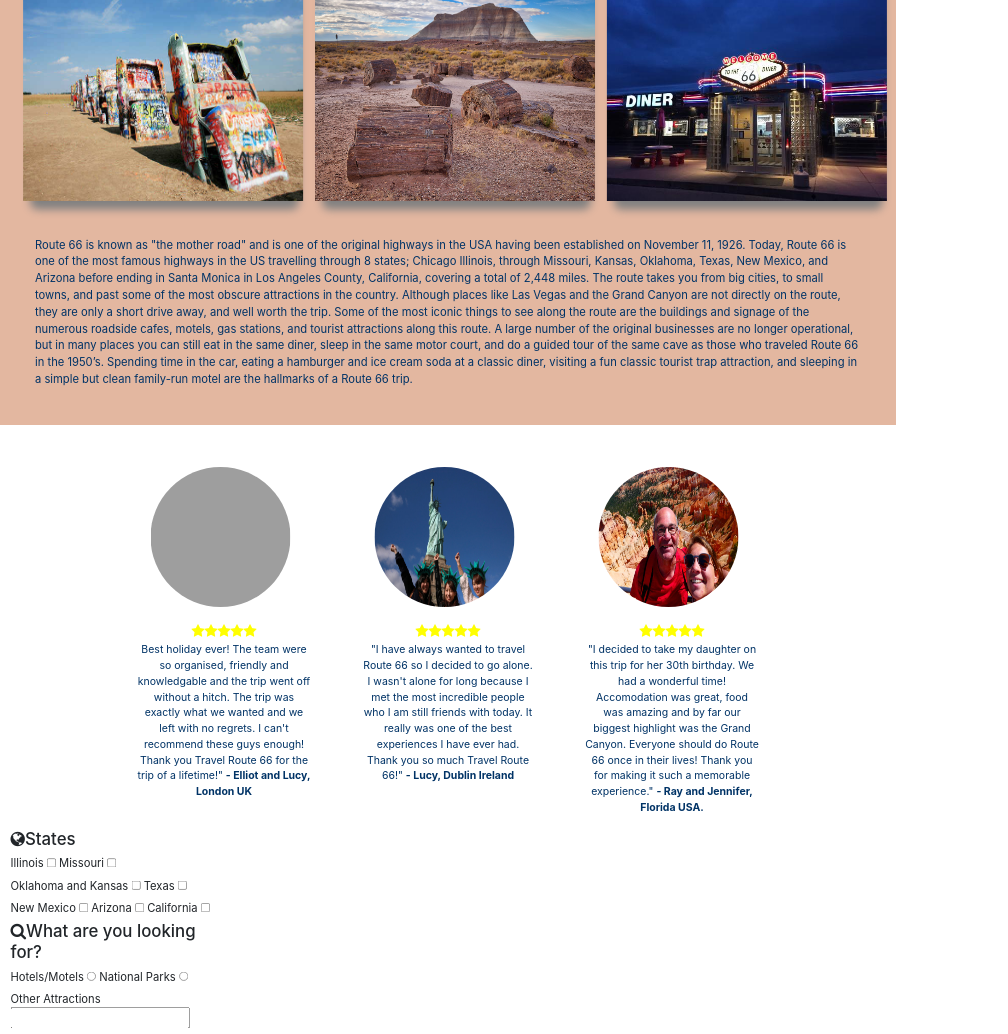
Repository: Code-Institute-Submissions/Javascript-milestone-project-2
Page: index.html
The author's editor kept a record of every edit. The page is drawn from the files as they stood at one moment, then again after the next edit.
The browser window is 1280 px wide. The page is 1440 px wide, so the pictures cover 1440 px, including what lies to the right of the window. The pictures show the part of the page from y = 943 to 2663 px (the page is 2420 px tall before and 2663 px after), at 70% of full size.
Pictures or frames that could not be fetched are drawn as grey boxes. Some web fonts or font styles are not loaded; a fallback is used. Some web libraries are served in a nearby version.

Above is the page before.

After the next edit:
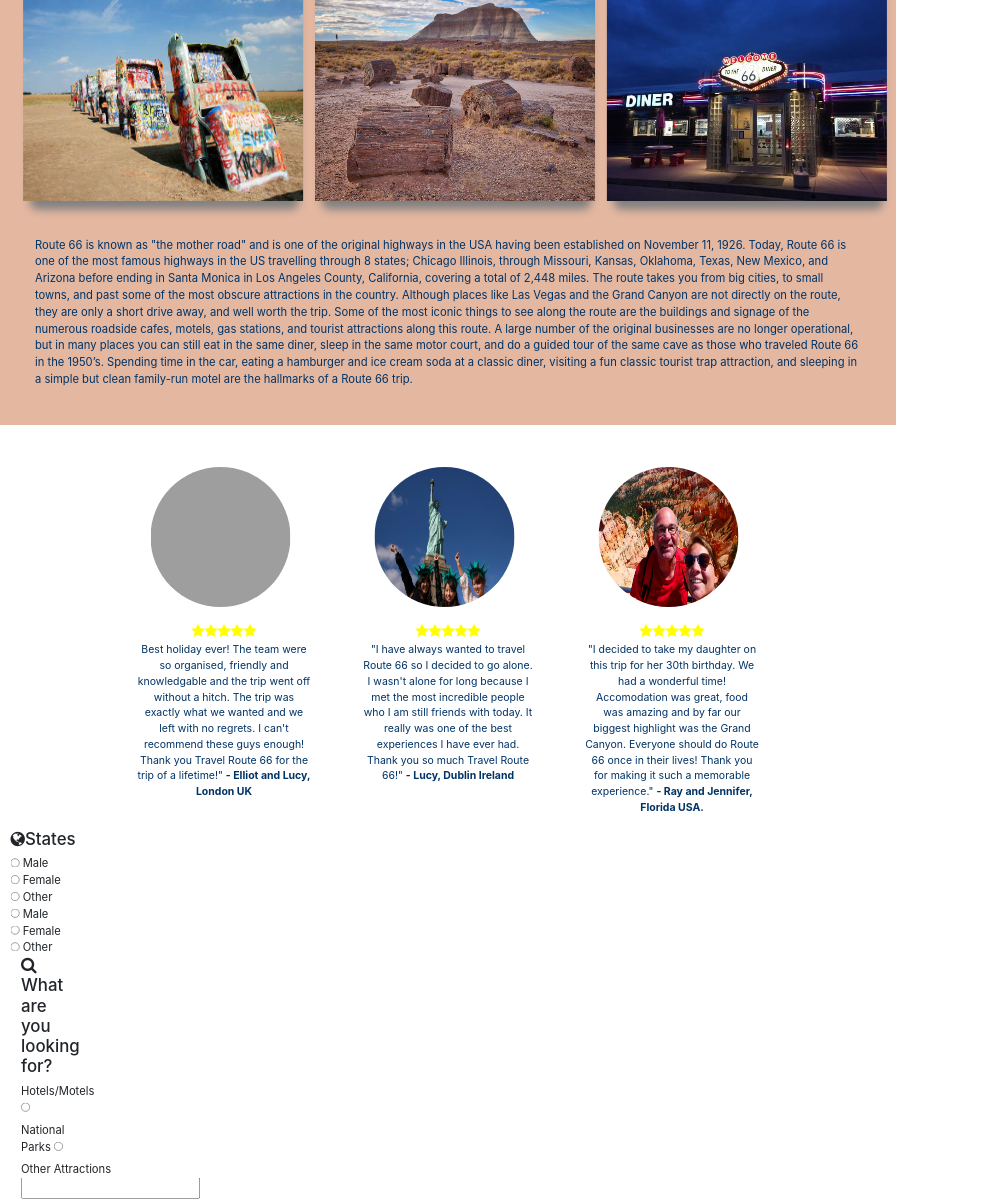
The edit:
--- a/index.html
+++ b/index.html
@@ -157,65 +157,12 @@
         <div class="state-selection">
 
           <h4><span><i class="fa fa-globe"></i>States</span></h4>
-
-          <label class="container1">Illinois
-
-            <input type="checkbox">
-
-            <span class="checkmark"></span>
-
-          </label>
-
-          <label class="container1">Missouri
-
-            <input type="checkbox">
-
-            <span class="checkmark"></span>
-
-          </label>
-
-          <label class="container1">Oklahoma and Kansas
-
-            <input type="checkbox">
-
-            <span class="checkmark"></span>
-
-          </label>
-
-          <label class="container1">Texas
-
-            <input type="checkbox">
-
-            <span class="checkmark"></span>
-
-          </label>
-
-          <label class="container1">New Mexico
-
-            <input type="checkbox">
-
-            <span class="checkmark"></span>
-
-          </label>
-
-          <label class="container1">Arizona
-
-            <input type="checkbox">
-
-            <span class="checkmark"></span>
-
-          </label>
-            <label class="container1">California
-
-            <input type="checkbox">
-
-            <span class="checkmark"></span>
-
-          </label>
-
-        </div>
-
-      </div>
+  <input type="radio" name="gender" value="male"> Male<br>
+  <input type="radio" name="gender" value="female"> Female<br>
+  <input type="radio" name="gender" value="other"> Other<br>
+    <input type="radio" name="gender" value="male"> Male<br>
+  <input type="radio" name="gender" value="female"> Female<br>
+  <input type="radio" name="gender" value="other"> Other<br>
 
       <div class="col-md-3 col-sm-3 col-xs-6">
 
